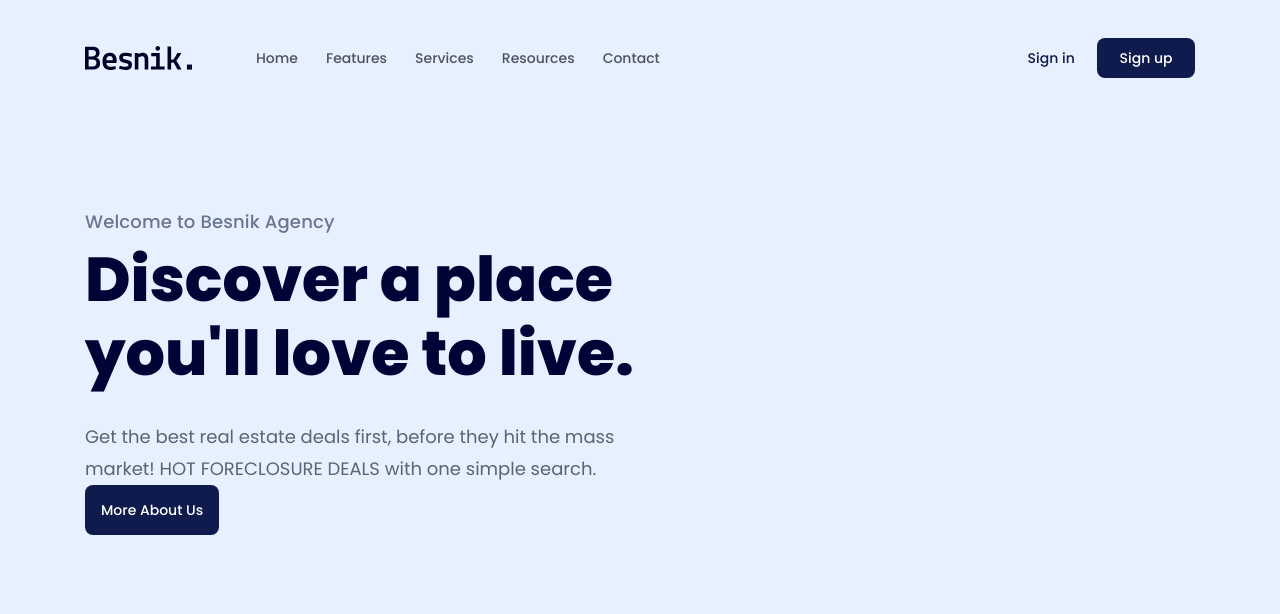
Repository: empty24062002/f8-htmlcss-01
Page: index.html
An editor plug-in stored every save of this project. The page is shown before and after the next save, followed by the edit.
The browser window is 1280 px wide. The pictures show the whole page.

Above is the page before, as saved 2023-07-11 14:05:51.

### index.html
<!DOCTYPE html>
<html lang="en">
    <head>
        <meta charset="UTF-8" />
        <meta name="viewport" content="width=device-width, initial-scale=1.0" />
        <title>F8 PROJECT 01</title>
        <link rel="stylesheet" href="./assets/css/reset.css" />
        <link rel="stylesheet" href="./assets/fonts/stylesheet.css" />
        <link rel="stylesheet" href="./assets/css/styles.css" />
    </head>
    <body>
        <main>
            <!-- Header -->
            <header class="header">
                <div class="content">
                    <nav class="navbar">
                        <!-- Logo -->
                        <img src="./assets/img/Logo.svg" alt="Besnik." />
                        <!-- Navigation -->
                        <ul>
                            <li><a href="#!">Home</a></li>
                            <li><a href="#!">Features</a></li>
                            <li><a href="#!">Services</a></li>
                            <li><a href="#!">Resources</a></li>
                            <li><a href="#!">Contact</a></li>
                        </ul>
                        <!-- Action -->
                        <div class="actions">
                            <a href="#!" class="action-link">Sign in</a>
                            <a href="#!" class="btn action-btn">Sign up</a>
                        </div>
                    </nav>

                    <div class="hero">
                        <div class="info">
                            <p class="sub-title">Welcome to Besnik Agency</p>
                            <h1 class="title">
                                Discover a place you'll love to live.
                            </h1>
                            <p class="desc">
                                Get the best real estate deals first, before
                                they hit the mass market! HOT FORECLOSURE DEALS
                                with one simple search.
                            </p>
                            <a href="#!" class="btn">More About Us</a>
                        </div>
                    </div>
                </div>
            </header>
        </main>
    </body>
</html>

### assets/fonts/stylesheet.css
/* =======Poppins======= */
@font-face {
    font-family: "Poppins";
    src: url("Poppins/Poppins-Black.woff2") format("woff2"),
        url("Poppins/Poppins-Black.woff") format("woff");
    font-weight: 900;
    font-style: normal;
    font-display: swap;
}

@font-face {
    font-family: "Poppins";
    src: url("Poppins/Poppins-BlackItalic.woff2") format("woff2"),
        url("Poppins/Poppins-BlackItalic.woff") format("woff");
    font-weight: 900;
    font-style: italic;
    font-display: swap;
}

@font-face {
    font-family: "Poppins";
    src: url("Poppins/Poppins-Bold.woff2") format("woff2"),
        url("Poppins/Poppins-Bold.woff") format("woff");
    font-weight: bold;
    font-style: normal;
    font-display: swap;
}

@font-face {
    font-family: "Poppins";
    src: url("Poppins/Poppins-Light.woff2") format("woff2"),
        url("Poppins/Poppins-Light.woff") format("woff");
    font-weight: 300;
    font-style: normal;
    font-display: swap;
}

@font-face {
    font-family: "Poppins";
    src: url("Poppins/Poppins-ExtraLight.woff2") format("woff2"),
        url("Poppins/Poppins-ExtraLight.woff") format("woff");
    font-weight: 200;
    font-style: normal;
    font-display: swap;
}

@font-face {
    font-family: "Poppins";
    src: url("Poppins/Poppins-ExtraLightItalic.woff2") format("woff2"),
        url("Poppins/Poppins-ExtraLightItalic.woff") format("woff");
    font-weight: 200;
    font-style: italic;
    font-display: swap;
}

@font-face {
    font-family: "Poppins";
    src: url("Poppins/Poppins-ExtraBoldItalic.woff2") format("woff2"),
        url("Poppins/Poppins-ExtraBoldItalic.woff") format("woff");
    font-weight: bold;
    font-style: italic;
    font-display: swap;
}

@font-face {
    font-family: "Poppins";
    src: url("Poppins/Poppins-Italic.woff2") format("woff2"),
        url("Poppins/Poppins-Italic.woff") format("woff");
    font-weight: normal;
    font-style: italic;
    font-display: swap;
}

@font-face {
    font-family: "Poppins";
    src: url("Poppins/Poppins-BoldItalic.woff2") format("woff2"),
        url("Poppins/Poppins-BoldItalic.woff") format("woff");
    font-weight: bold;
    font-style: italic;
    font-display: swap;
}

@font-face {
    font-family: "Poppins";
    src: url("Poppins/Poppins-ExtraBold.woff2") format("woff2"),
        url("Poppins/Poppins-ExtraBold.woff") format("woff");
    font-weight: bold;
    font-style: normal;
    font-display: swap;
}

@font-face {
    font-family: "Poppins";
    src: url("Poppins/Poppins-Regular.woff2") format("woff2"),
        url("Poppins/Poppins-Regular.woff") format("woff");
    font-weight: normal;
    font-style: normal;
    font-display: swap;
}

@font-face {
    font-family: "Poppins";
    src: url("Poppins/Poppins-SemiBold.woff2") format("woff2"),
        url("Poppins/Poppins-SemiBold.woff") format("woff");
    font-weight: 600;
    font-style: normal;
    font-display: swap;
}

@font-face {
    font-family: "Poppins";
    src: url("Poppins/Poppins-ThinItalic.woff2") format("woff2"),
        url("Poppins/Poppins-ThinItalic.woff") format("woff");
    font-weight: 100;
    font-style: italic;
    font-display: swap;
}

@font-face {
    font-family: "Poppins";
    src: url("Poppins/Poppins-Medium.woff2") format("woff2"),
        url("Poppins/Poppins-Medium.woff") format("woff");
    font-weight: 500;
    font-style: normal;
    font-display: swap;
}

@font-face {
    font-family: "Poppins";
    src: url("Poppins/Poppins-Thin.woff2") format("woff2"),
        url("Poppins/Poppins-Thin.woff") format("woff");
    font-weight: 100;
    font-style: normal;
    font-display: swap;
}

@font-face {
    font-family: "Poppins";
    src: url("Poppins/Poppins-SemiBoldItalic.woff2") format("woff2"),
        url("Poppins/Poppins-SemiBoldItalic.woff") format("woff");
    font-weight: 600;
    font-style: italic;
    font-display: swap;
}

@font-face {
    font-family: "Poppins";
    src: url("Poppins/Poppins-MediumItalic.woff2") format("woff2"),
        url("Poppins/Poppins-MediumItalic.woff") format("woff");
    font-weight: 500;
    font-style: italic;
    font-display: swap;
}

@font-face {
    font-family: "Poppins";
    src: url("Poppins/Poppins-LightItalic.woff2") format("woff2"),
        url("Poppins/Poppins-LightItalic.woff") format("woff");
    font-weight: 300;
    font-style: italic;
    font-display: swap;
}

### assets/css/styles.css
* {
    box-sizing: border-box;
}

:root {
    --primary-color: #0f1b4c;
}

html {
    font-size: 62.5%;
}

body {
    font-size: 1.6rem;
    font-family: "Poppins", sans-serif;
}
/* Common */
a {
    text-decoration: none;
}

.content {
    width: 1110px;
    max-width: calc(100% - 48px);
    margin-left: auto;
    margin-right: auto;
}

.btn {
    display: inline-block;
    min-width: 98px;
    padding: 18px 16px;
    border-radius: 8px;
    background: var(--primary-color);
    font-size: 1.4rem;
    font-weight: 500;
    text-align: center;
    color: #fff;
}

.btn:hover {
    opacity: 0.9;
}

/* Header */
.header {
    background-color: #e6f0ff;
    height: 100vh;
}

.navbar {
    display: flex;
    align-items: center;
    padding-top: 38px;
}

.navbar ul {
    display: flex;
    margin-left: 50px;
}

.navbar ul a {
    font-size: 1.4rem;
    font-weight: 500;
    color: #4f5361;
    padding: 8px 14px;
}

.navbar ul a:hover {
    text-decoration: underline;
}

.navbar .actions {
    margin-left: auto;
}

.navbar .action-link {
    font-size: 1.4rem;
    font-weight: 500;
    color: var(--primary-color);
    margin-right: 18px;
}

.navbar .action-btn {
    padding: 13px 16px;
}

.hero {
    margin-top: 130px;
}

.hero .info {
    width: 51%;
}

.hero .sub-title {
    color: #687690;
    font-size: 1.8rem;
    line-height: 1.5;
    font-weight: 500;
    letter-spacing: 0.01em;
}

.hero .title {
    margin-top: 8px;
    color: #000336;
    font-size: 6.2rem;
    font-weight: 700;
    line-height: 1.19;
}

.hero .desc {
    margin-top: 30px;
    color: #5a6473;
    font-size: 1.8rem;
    font-weight: 400;
    line-height: 1.78;
}

.hero-cta {
    min-width: 170px;
    margin-top: 40px;
}

Loaded but not shown: assets/css/reset.css (common file)

After the next save:
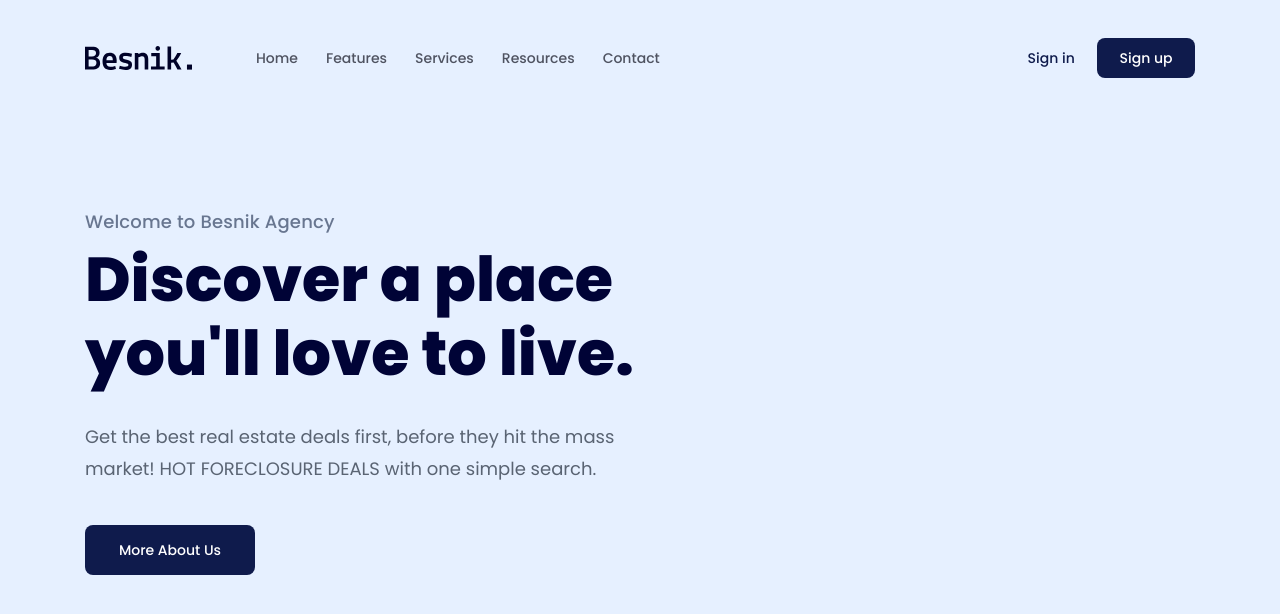
Saved 6 s later.
--- a/index.html
+++ b/index.html
@@ -42,7 +42,8 @@
                                 they hit the mass market! HOT FORECLOSURE DEALS
                                 with one simple search.
                             </p>
-                            <a href="#!" class="btn">More About Us</a>
+                            <!-- cta: call to action -->
+                            <a href="#!" class="btn hero-cta">More About Us</a>
                         </div>
                     </div>
                 </div>
